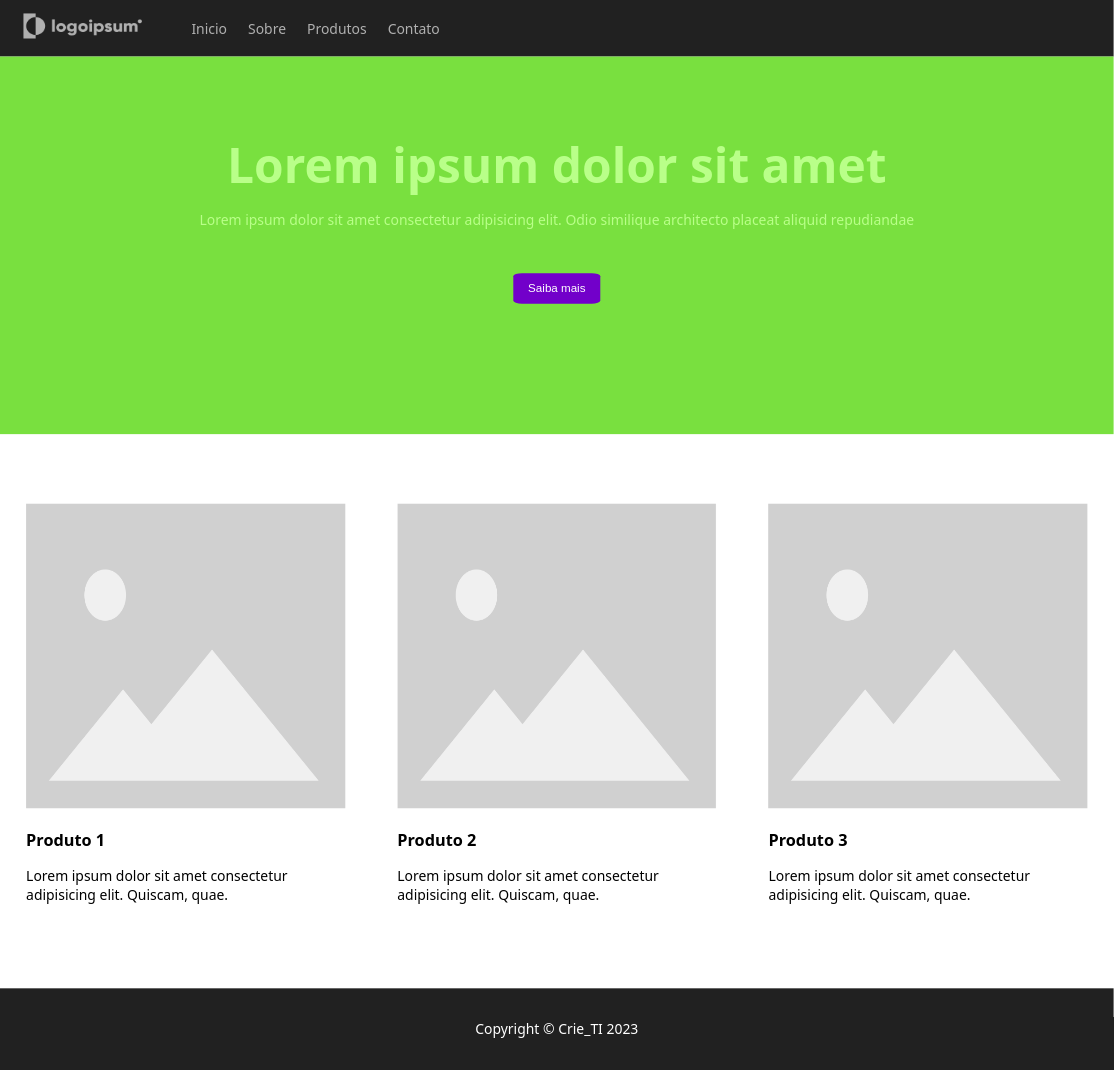
Repository: Carolden/SiteCrie_Ti
Page: index.html
These files come from the project's save history. The page is drawn as it stood at one moment and after the next save; the edit follows.
The browser window is 1280 px wide. The pictures show the whole page, at 87% of full size.

Above is the page before, as saved 2023-04-25 19:53:48.

After the next save:
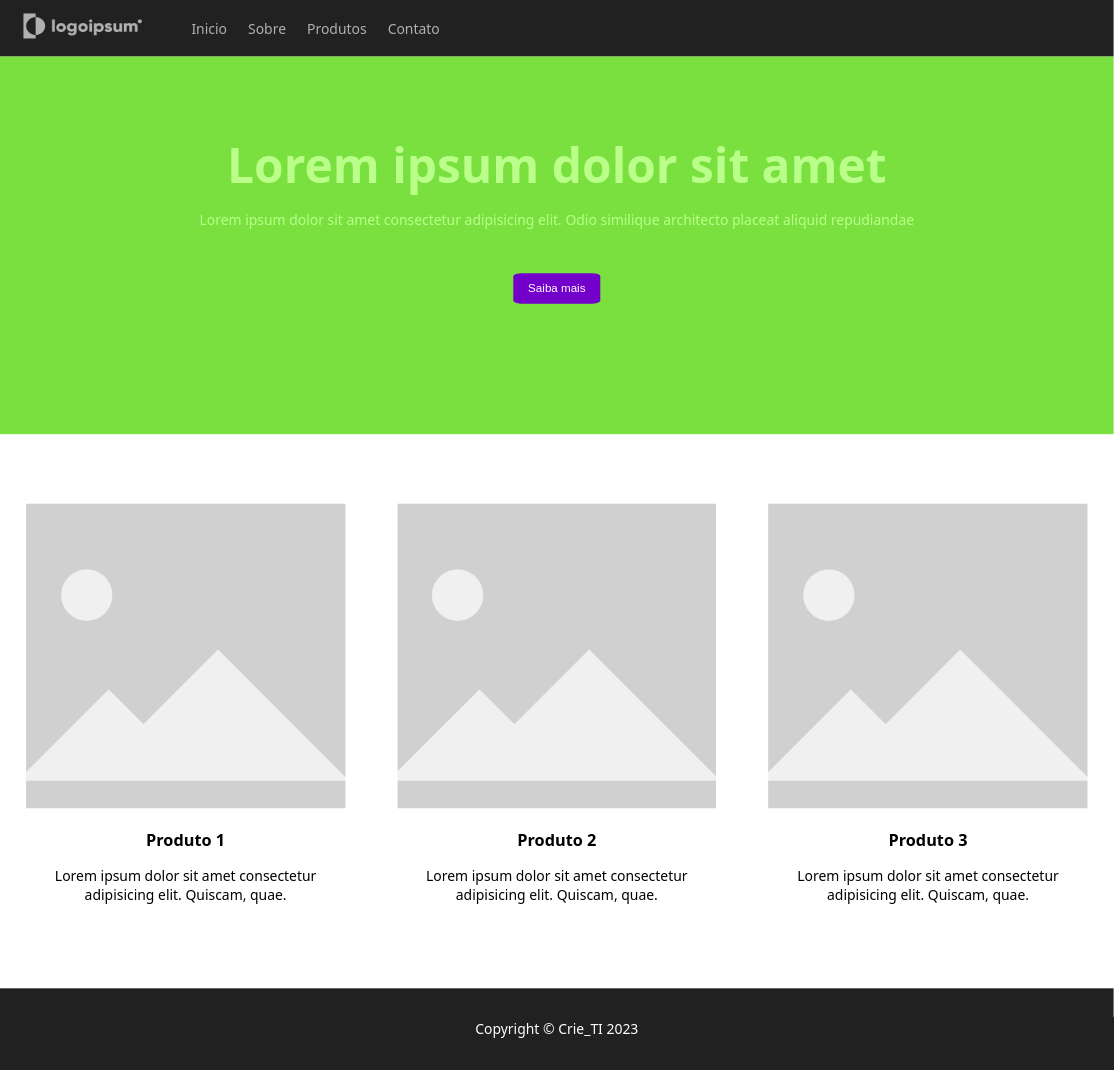
Saved 7 min 50 s later.
--- a/index.css
+++ b/index.css
@@ -76,7 +76,7 @@
 .column {
     width: 33%;
     padding: 30px;
-    /* text-align: center; */
+    text-align: center;
 
 }
 
@@ -84,7 +84,7 @@
 .column img {
     width: 100%;
     height: 350px;
-    /* object-fit: cover; */
+    object-fit: cover;
     text-align: center;
     justify-content: center;
 }

After the save that followed:
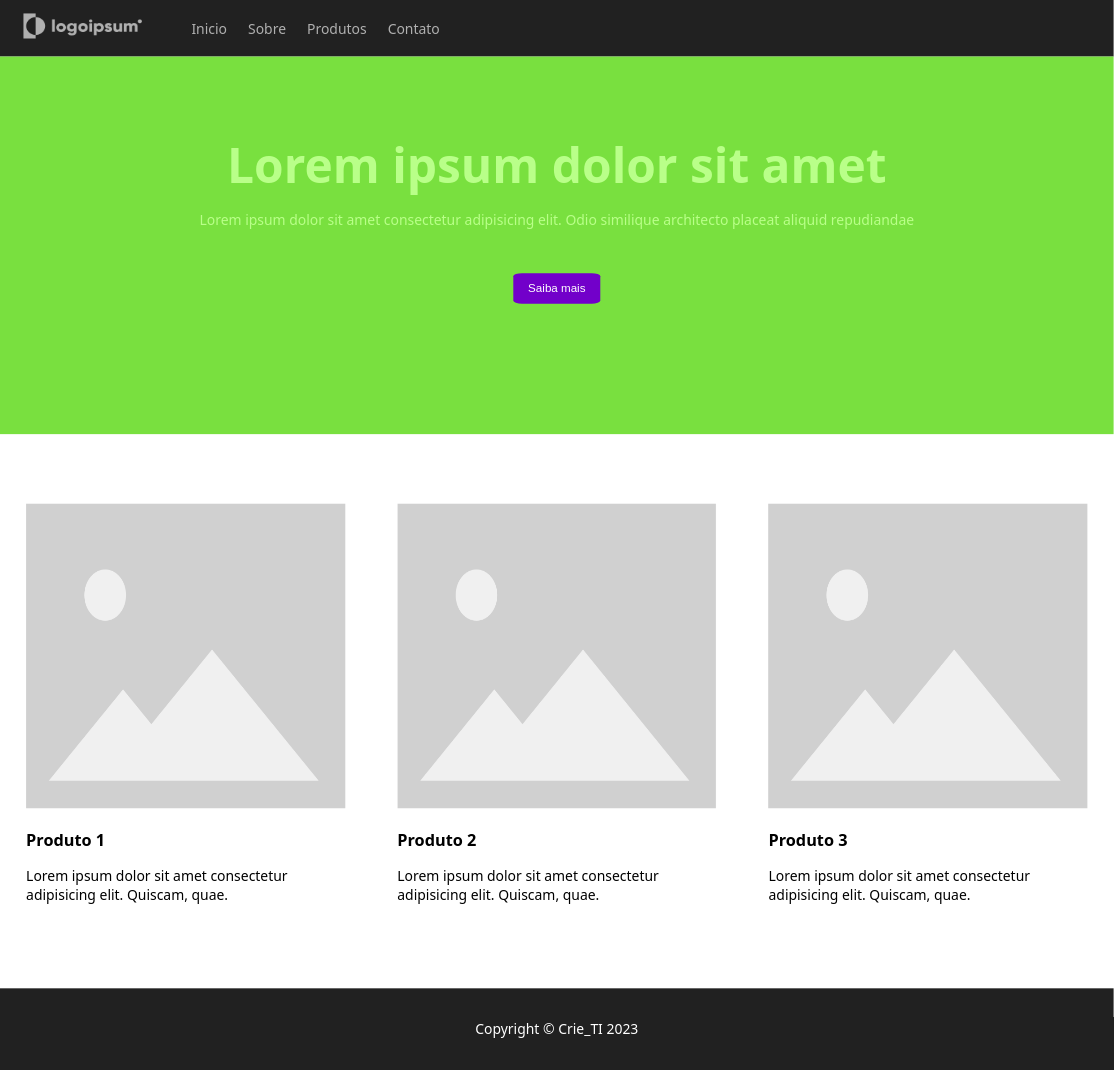
Saved 5 s later.
--- a/index.css
+++ b/index.css
@@ -76,7 +76,7 @@
 .column {
     width: 33%;
     padding: 30px;
-    text-align: center;
+    /* text-align: center; */
 
 }
 
@@ -84,7 +84,7 @@
 .column img {
     width: 100%;
     height: 350px;
-    object-fit: cover;
+    /* object-fit: cover; */
     text-align: center;
     justify-content: center;
 }
